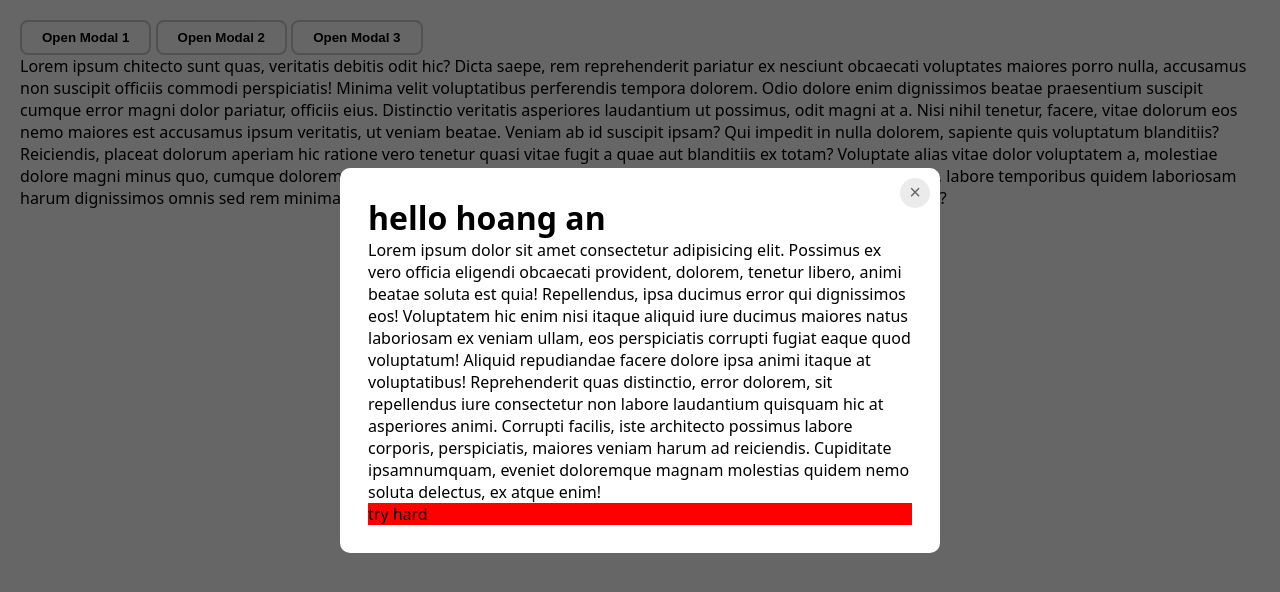
Repository: hoangan3526/Javascript-project
Page: index.html
An editor plug-in stored every save of this project. The page is shown before and after the next save, followed by the edit.
The browser window is 1280 px wide. The pictures show the whole page.

Above is the page before, as saved 2026-05-04 09:39:35.

After the next save:
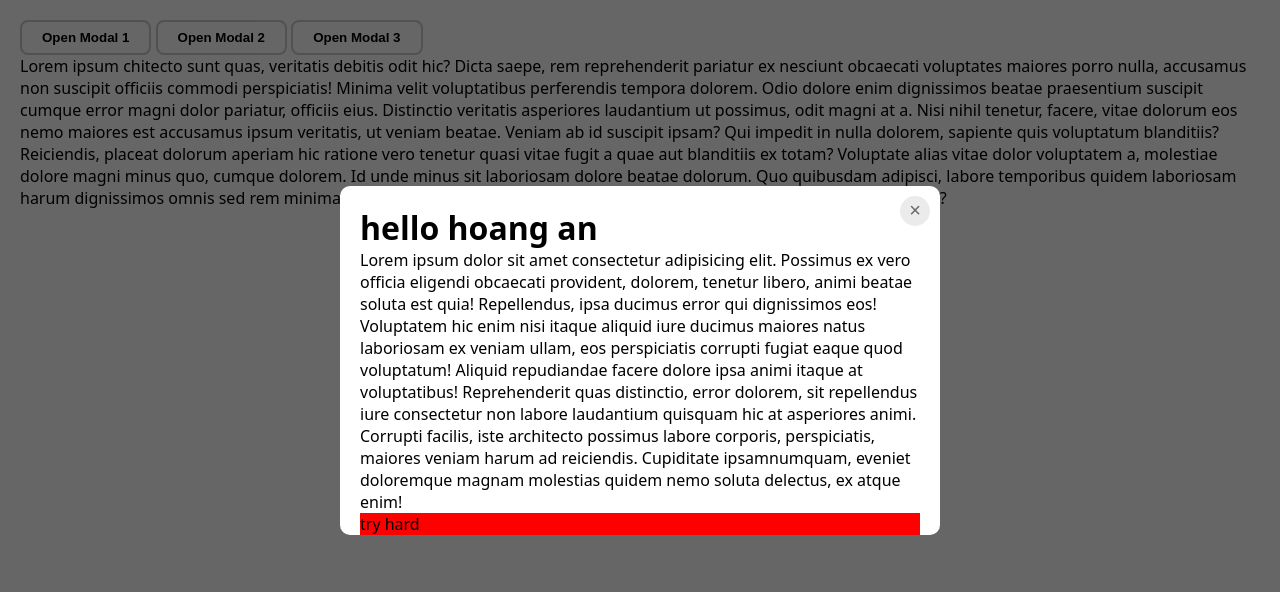
Saved 50 s later.
--- a/style.css
+++ b/style.css
@@ -56,7 +56,7 @@ button {
 .modal-container {
     position: relative;
     width: min(600px, 90%);
-    padding: 28px;
+    padding: 20px 20px 0;
     border-radius: 10px;
     background: #fff;
     transform: scale(0);
